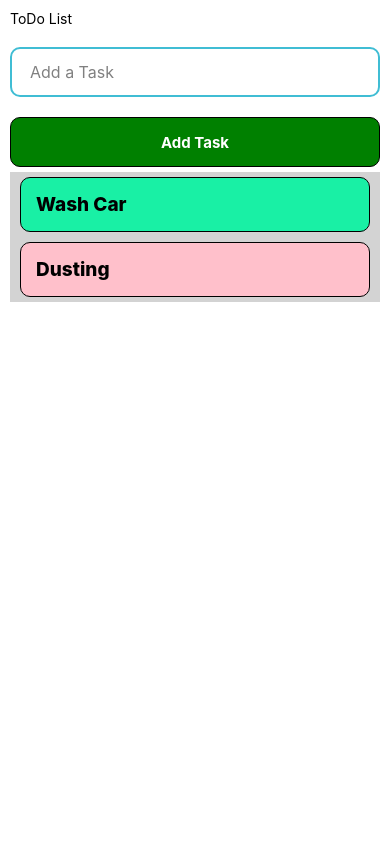
Repository: raisingh22/Projects
Screen: /
The author's editor kept a copy of each file at every save. The screen is drawn from the files as they stood at one save, then again after the next save.
The app was drawn by React Native's web renderer in a window 390 px wide. The project was rebuilt for these pictures with package versions that can differ from the ones it lists, and the page was loaded fresh each time.

Above is the screen before, as saved 2024-01-21 19:22:55.

### App.js
import { View, Text, SafeAreaView } from 'react-native'
import React from 'react'
import ToDo from './src/ToDoList/screens/ToDo'

const App = () => {
  return (
   <SafeAreaView style={{
    flex:1
   }}>
     <ToDo/>
   </SafeAreaView>
  )
}

export default App

### src/ToDoList/screens/ToDo.js
import {StyleSheet, Text, TextInput, View} from 'react-native';
import React from 'react';
import MyBtn from '../../components/MyBtn';
import MyFlatList from '../../components/MyFlatList';

const DummyData = [
  {
    id: '1',
    name: 'Wash Car',
  },
  {
    id: '2',
    name: 'Dusting'
  },
];
const ToDo = () => {
  return (
    <View
      style={{
        margin: 10,
      }}>
      <Text>ToDo List</Text>
      <TextInput
        placeholder="Add a Task"
        placeholderTextColor={'grey'}
        style={styles.textInput}
      />
      <MyBtn
        text={'Add Task'}
        btnStyle={{backgroundColor: 'green'}}
        textStyle={{
          fontSize: 15,
          fontWeight: 'bold',
        }}
      />
      <MyFlatList
        data={DummyData}
        // bounces={false}
        renderItem={(item, index) => (
          <View
            style={{
              flexDirection: 'row',
              justifyContent: 'space-between',
              alignItems: 'center',
              backgroundColor:  index % 2 === 0 ? '#19f0a5' :  'pink',
              padding: 15,
              borderWidth: 1,
              marginVertical: 5,
              borderRadius: 10,
              marginHorizontal: 10,
            }}>
            <Text style={{
                fontWeight:'800',
                fontSize:19
            }}>{item.name}</Text>

          </View>
        )}
      />
    </View>
  );
};

export default ToDo;

const styles = StyleSheet.create({
  textInput: {
    width: '100%',
    height: 50,
    marginVertical: 20,
    borderWidth: 2,
    paddingVertical: 14,
    paddingHorizontal: 18,
    fontSize: 16,
    borderColor: '#40bdd4',
    borderRadius: 10,
  },
});

### src/components/MyBtn.js
import {StyleSheet, Text, TouchableOpacity, View} from 'react-native';
import React from 'react';

const MyBtn = ({text, onPress, btnStyle , textStyle}) => {
  return (
    <TouchableOpacity style={[styles.btn, btnStyle]} onPress={onPress}>
      <Text style={[styles.btnText, textStyle]} >{text}</Text>
    </TouchableOpacity>
  );
};

export default MyBtn;

const styles = StyleSheet.create({
  btn: {
    width: '100%',
    height: 50,
    backgroundColor: 'black',
    borderWidth: 1,
    borderRadius: 10,
    alignItems: 'center',
    justifyContent: 'center',
  },
  btnText: {
    color: 'white',
    // You can add more text styles here if needed
  },
});

### src/components/MyFlatList.js
import {FlatList, StyleSheet, Text, View} from 'react-native';
import React from 'react';

const MyFlatList = ({data, renderItem = (item, index) => {},bounces}) => {
  return (
    <FlatList
    bounces={bounces}
      data={data}
      renderItem={({item, index}) => renderItem(item, index)}
      keyExtractor={item => item.id.toString()}
      style={styles.list}
    />
  );
};

export default MyFlatList;

const styles = StyleSheet.create({
    list: {
        marginVertical:5,
        // flex: 1, // Example: Expand the FlatList to fill available space
        backgroundColor: 'lightgray', // Example: Set background color
        height:"50%"
      },
});

After the next save:
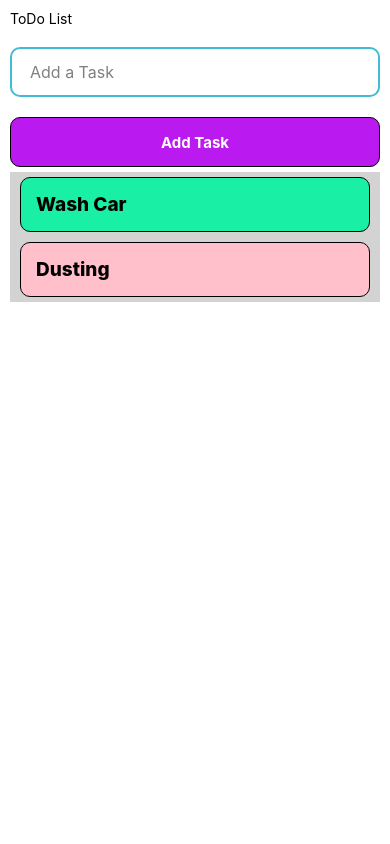
Saved 46 s later.
--- a/src/ToDoList/screens/ToDo.js
+++ b/src/ToDoList/screens/ToDo.js
@@ -27,7 +27,7 @@ const ToDo = () => {
       />
       <MyBtn
         text={'Add Task'}
-        btnStyle={{backgroundColor: 'green'}}
+        btnStyle={{backgroundColor: '#ba19f0'}}
         textStyle={{
           fontSize: 15,
           fontWeight: 'bold',
